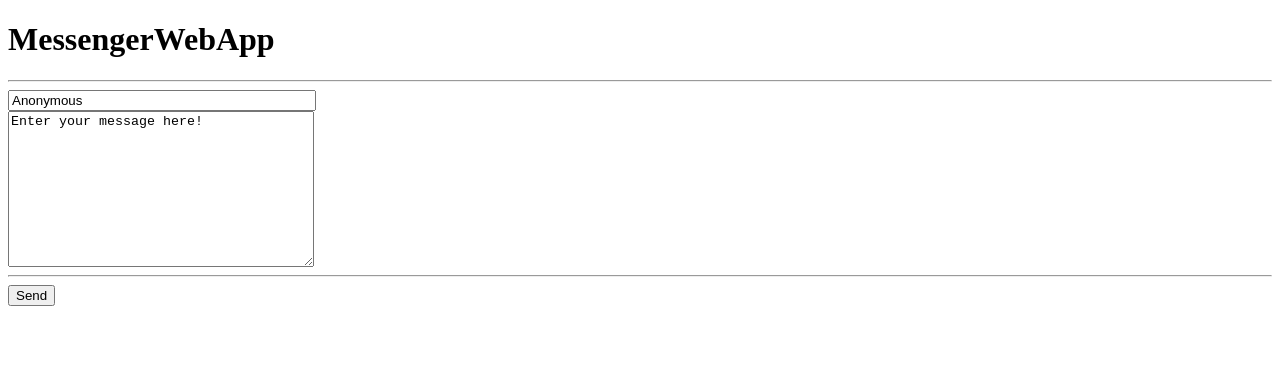
Repository: sones/sones-mule
Page: http://localhost/MessengerWebApp/
These files come from the project's save history. The page is drawn as it stood at one moment and after the next save; the edit follows.
The browser window is 1280 px wide. The pictures show the whole page.
The page is served by Tomcat 9.

Above is the page before, as saved 2011-08-26 14:04:42.

After the next save:
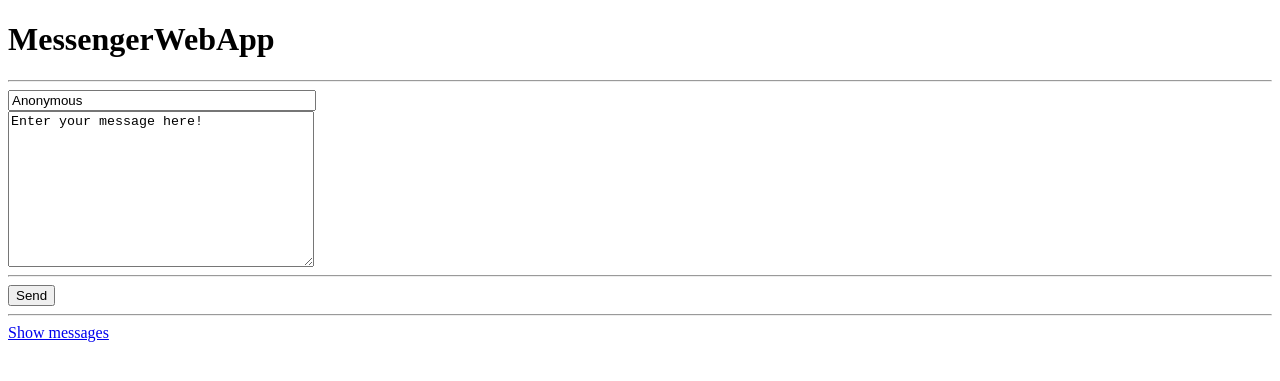
Saved 104 s later.
--- a/MessagingExampleWorkspace/MessengerWebApp/WebContent/index.jsp
+++ b/MessagingExampleWorkspace/MessengerWebApp/WebContent/index.jsp
@@ -20,7 +20,9 @@
 	<input type="submit" name="Submit" value="Send"/>
 </form>
 
+<hr/>
 
+<a href="list.jsp">Show messages</a>
 
 </body>
 </html>
